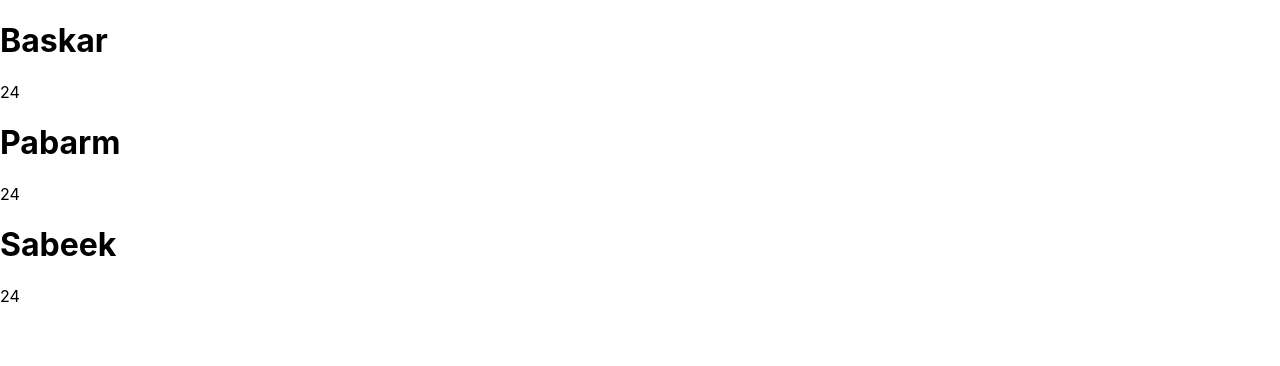
Repository: Baskaran-Ra/React-map
Page: /
The author's editor kept a copy of each file at every save. The page is drawn from the files as they stood at one save, then again after a run of saves.
The browser window is 1280 px wide. The pictures show the whole page.
The project was rebuilt for these pictures with package versions that can differ from the ones it lists, and the page was loaded fresh each time. Also part of the build but not shown: src/App.css.

Above is the page before, as saved 2022-12-28 18:47:49.

After the next 2 saves:
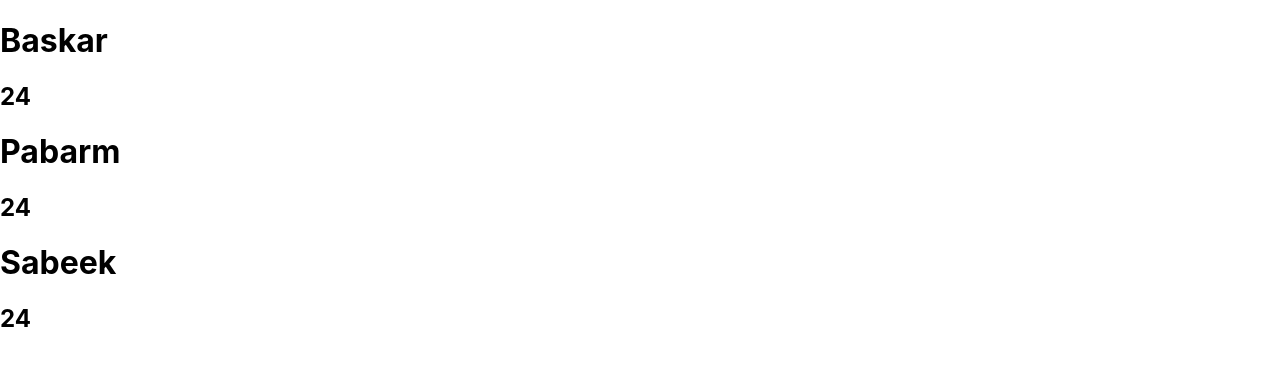
The 2 saves are shown as one change because 1 did not build or start.
The last was saved 76 s later.
--- a/src/App.js
+++ b/src/App.js
@@ -15,7 +15,7 @@
           return(
             <div>
               <h1>{userInfo.name}</h1>
-              <span>{userInfo.age}</span>
+              <h2>{userInfo.age}</h2>
             </div>
           )
         })}
